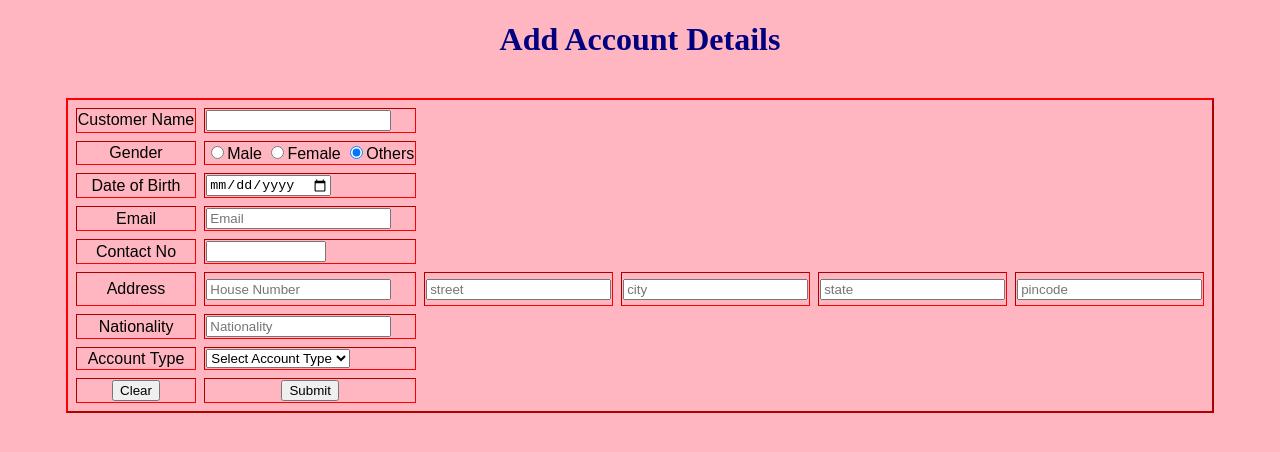
Repository: Rccalfa123/OnlineBankingApp
Page: http://localhost/AlfaAlfaBankApp/addNewAccount.jsp
An editor plug-in stored every save of this project. The page is shown before and after the next save, followed by the edit.
The browser window is 1280 px wide. The pictures show the whole page.
The page is served by Tomcat 9. Other server files are loaded and not shown.

Above is the page before, as saved 2018-08-10 16:00:46.

### AlfaAlfaBankApp/WebContent/addNewAccount.jsp
<%@ page language="java" contentType="text/html; charset=ISO-8859-1"
	pageEncoding="ISO-8859-1"%>
<%@taglib prefix="alfa" uri="http://java.sun.com/jsp/jstl/core"%>
<!DOCTYPE html>
<html>
<head>

<link rel="stylesheet" type="text/css" href="mystyle.css">

<style type="text/css">
.toBeHidden {
	display: none;
}


</style>

<script type="text/javascript">

  function checkAccountType(accountTypeShow) {
	if(accountTypeShow.value =="savingAccount"){
		document.getElementById("salaried").style.display="block";
		document.getElementById("overDraft").style.display="none";
		document.getElementById("curBalance").style.display="none";
		document.getElementById("savNotSalBalance").style.display="none";
		document.getElementById("savSalBalance").style.display="none";

	}
		else if(accountTypeShow.value =="currentAccount"){
			document.getElementById("overDraft").style.display="block";
			document.getElementById("curBalance").style.display="block";
			document.getElementById("salaried").style.display="none";
			document.getElementById("savNotSalBalance").style.display="none";
			document.getElementById("savSalBalance").style.display="none";
		}
}
  function checkSalariedType(SalaryTypeShow) {
		if(SalaryTypeShow.value =="salaried"){
			document.getElementById("savSalBalance").style.display="block";
			document.getElementById("savNotSalBalance").style.display="none";

		}
  			else if(SalaryTypeShow.value =="notSalaried"){
				document.getElementById("savNotSalBalance").style.display="block";
				document.getElementById("savSalBalance").style.display="none";
			}
	}


  function resetAll()
  {
	    document.getElementById("salaried").style.display="none";
		document.getElementById("overDraft").style.display="none";
		document.getElementById("curBalance").style.display="none";
		document.getElementById("savNotSalBalance").style.display="none";
		document.getElementById("savSalBalance").style.display="none";

  }

  function checkDate(obj){
		 var ageDif = Date.now()-(new Date(obj.value)).getTime();
		 var ageDate = new Date(ageDif);
		 if(Math.abs(ageDate.getUTCFullYear()-1970) < 18 )
			 {
			   alert("Minimum age Should be 18 .");
			   obj.value = 0;
			 }

		 }


</script>

<meta charset="ISO-8859-1">
<title>Insert title here</title>
</head>
<body>
	<form action="addNewAccount.app" method="get">
		<h1 align="center">Add Account Details</h1>
		<br>

		<table align="center" cellspacing="8" border="2">
			<tr>
				<td align="center">Customer Name</td>
				<td><input type="text" name="customerName"></td>
			</tr>

			<tr>
				<td align="center">Gender</td>
				<td><input type="radio" name="gender" value="male"
					checked="checked">Male <input type="radio" name="gender"
					value="female" checked="checked">Female <input type="radio"
					name="gender" value="others" checked="checked">Others</td>
			</tr>
			<tr>
				<td align="center">Date of Birth</td>
				<td><input type="date" name="dob" onchange="checkDate(this);"></td>
			</tr>
			<tr>
				<td align="center">Email</td>
				<td><input type="email" name="email" placeholder="Email"></td>
			</tr>
			<tr>
				<td align="center">Contact No</td>
				<td><input type="number" name="contact_no"  min="6000000000"  max="9999999999"></td>
			</tr>

			<tr>
				<td align="center" height="30">Address</td>
				<td ><input type="text" name="houseNo" placeholder="House Number"></td>
				<td align="center"><input type="text" name="street" placeholder="street"></td>
				<td align="center"><input type="text" name="city" placeholder="city"></td>
				<td align="center"><input type="text" name="state" placeholder="state"></td>
				<td align="center"><input type="number" name="pincode" placeholder="pincode"></td>
			</tr>

			<tr>
				<td align="center">Nationality</td>
				<td><input type="text" name="nationality" placeholder="Nationality"></td>
			</tr>

			<tr>
				<td align="center">Account Type</td>
				<td><select name="accountType" onchange="checkAccountType(this);">
						<option id="" value="">Select Account Type</option>
						<option id="savingAccount" value="savingAccount">Saving Account</option>
						<option id="currentAccount" value="currentAccount">Current Account</option>
				</select></td>
			</tr>

			<tr id="salaried" class="toBeHidden">
				<td align="center">isSalaried</td>
				<td><input type="radio" name="salaried" value="salaried"   checked="checked" onchange="checkSalariedType(this);">Salaried
					<input type="radio" name="salaried" value="notSalaried" checked="checked" onchange="checkSalariedType(this);">Notsalaried
				</td>
			</tr>

			<tr id="savSalBalance" class="toBeHidden">
				<td align="center">savSEnter Balance</td>
				<td><input type="number" name="savSbalance" min="0"></td>
			</tr>

			<tr id="savNotSalBalance" class="toBeHidden">
				<td align="center">savNEnter Balance</td>
				<td><input type="number" name="savNbalance" min="5000"></td>
			<tr id="overDraft" class="toBeHidden">
				<td align="center">Over Draft Limit</td>
				<td><input type="number" name="overDraft"></td>
			</tr>

			<tr id="curBalance" class="toBeHidden">
				<td align="center">curEnter Balance</td>
				<td><input type="number" name="curbalance" min="10000"></td>
			</tr>

			<tr>
				<td align="center"><input type="reset" value="Clear" onclick="resetAll();"></td>
				<td align="center"><input type="submit" value="Submit"></td>
			</tr>
		</table>
	</form>


</body>
</html>

### AlfaAlfaBankApp/WebContent/mystyle.css
@charset "ISO-8859-1";

body {
    background-color: lightpink;
}

h1 {
    color: navy;
}

td{

 font-family: sans-serif;

}

table {
	border-color: red;
	border-right: 2px 2px 2px 2px ;
}

a{
	text-decoration: none;
	color: green;
}

After the next save:
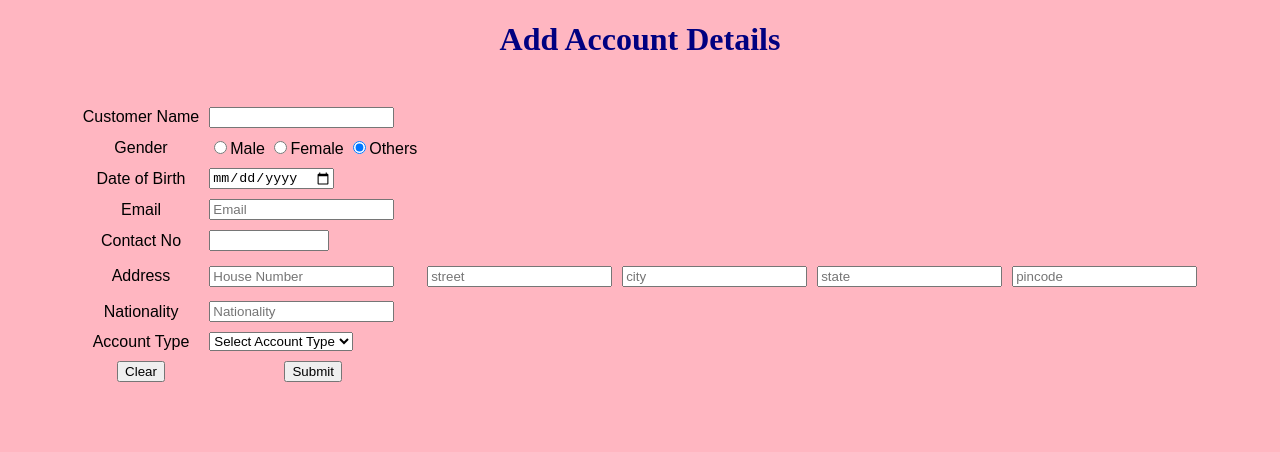
Saved 42 s later.
--- a/AlfaAlfaBankApp/WebContent/addNewAccount.jsp
+++ b/AlfaAlfaBankApp/WebContent/addNewAccount.jsp
@@ -79,7 +79,7 @@
 		<h1 align="center">Add Account Details</h1>
 		<br>
 
-		<table align="center" cellspacing="8" border="2">
+		<table align="center" cellspacing="8">
 			<tr>
 				<td align="center">Customer Name</td>
 				<td><input type="text" name="customerName"></td>

After the save that followed:
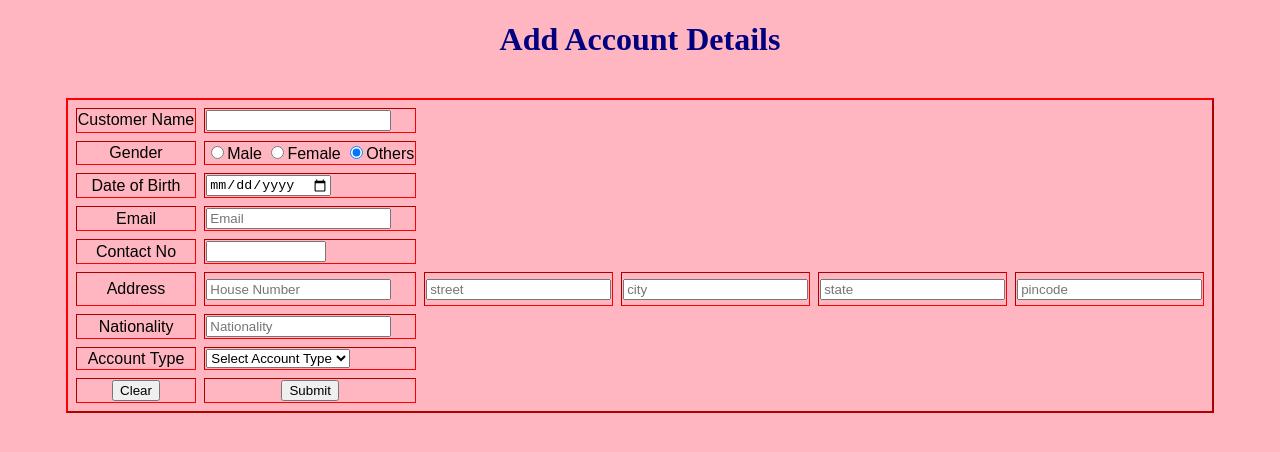
Saved 47 s later.
--- a/AlfaAlfaBankApp/WebContent/addNewAccount.jsp
+++ b/AlfaAlfaBankApp/WebContent/addNewAccount.jsp
@@ -79,7 +79,7 @@
 		<h1 align="center">Add Account Details</h1>
 		<br>
 
-		<table align="center" cellspacing="8">
+		<table align="center" cellspacing="8" border="2">
 			<tr>
 				<td align="center">Customer Name</td>
 				<td><input type="text" name="customerName"></td>
